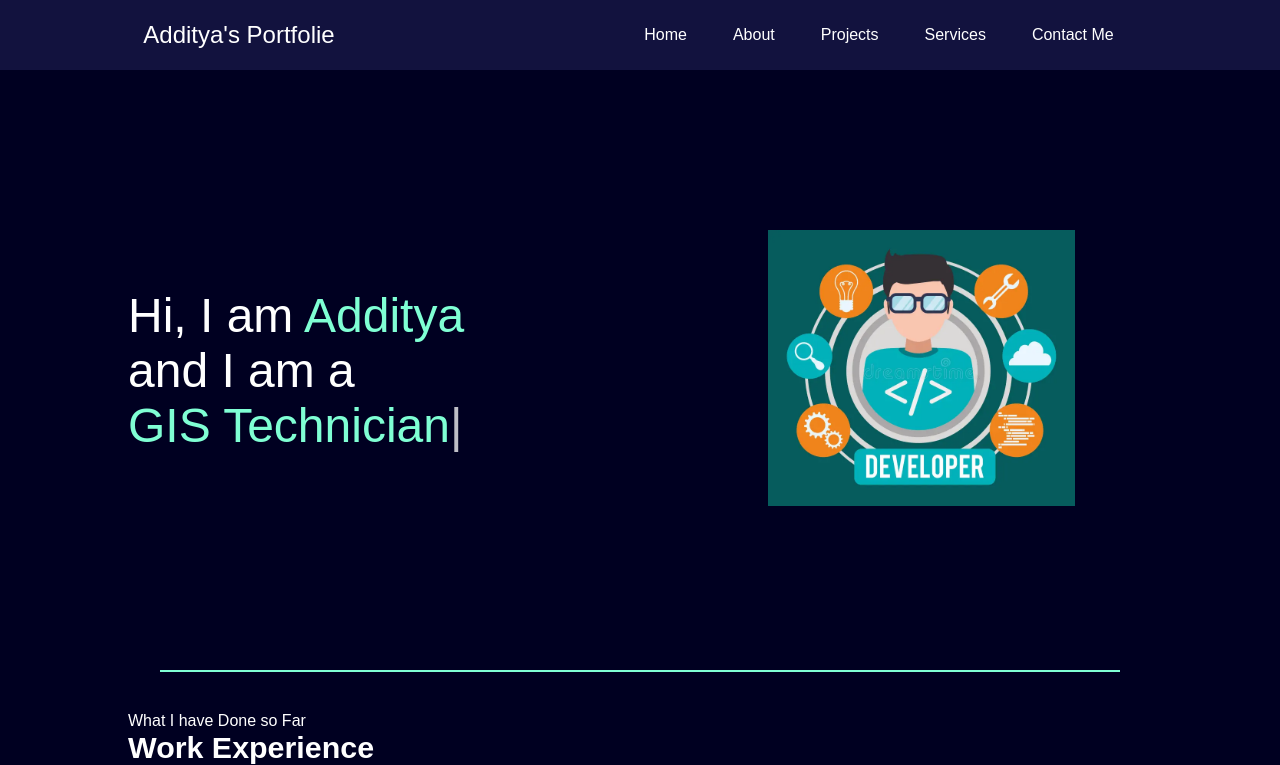
Repository: VictoriousMango/Portfolio
Page: index.html
The author's editor kept a copy of each file at every save. The page is drawn from the files as they stood at one save, then again after the next save.
The browser window is 1280 px wide. The pictures show the whole page.

Above is the page before, as saved 2023-08-27 10:32:43.

### index.html
<!DOCTYPE html>
<html lang="en">

<head>
    <meta charset="UTF-8">
    <meta name="viewport" content="width=device-width, initial-scale=1.0">
    <title>Additya - Developer Portfolio</title>
    <style>
        * {
            margin: 0;
            padding: 0;
        }

        body {
            background-color: rgb(0, 0, 33);
            color: white;
            font-family: 'Poppins', sans-serif;
        }

        nav {
            display: flex;
            justify-content: space-around;
            align-items: center;
            height: 70px;
            background-color: rgb(18, 18, 62);
        }

        nav ul {
            display: flex;
            justify-content: center;
        }

        nav ul li {
            list-style: none;
            margin: 0 23px;
        }

        nav ul li a {
            text-decoration: none;
            color: white;
        }

        nav ul li a:hover {
            color: rgb(153, 153, 226);
            font-size: 1.05rem;
        }
        main hr{
            border: 0;
            background: aquamarine;
            height: 1.2px;
            margin: 40px 160px;
        }
        text-gray{
            color: gray;
        }

        .left {
            font-size: 1.5rem;
        }

        .firstSection {
            display: flex;
            justify-content: space-around;
            align-items: center;
            margin: 110px 0;

        }

        .firstSection>div {
            width: 30%;
        }
        .secondSection{
            max-width: 80vw;
            margin: auto;
        }
        .secondSection h1{
            font-size: 1.9rem;
        }

        .leftSection {
            font-size: 3rem;
        }

        /* .rightSection{
            background-color: red;
        } */
        .rightSection img {
            width: 80%;
            margin: 50px 0;
        }

        .purple {
            color: aquamarine;
        }
        #element{
            color: aquamarine;
        }
    </style>
</head>

<body>
    <header>
        <nav>
            <div class="left">Additya's Portfolie</div>
            <div class="right">
                <ul>
                    <li><a href="/">Home</a></li>
                    <li><a href="/">About</a></li>
                    <li><a href="/">Projects</a></li>
                    <li><a href="/">Services</a></li>
                    <li><a href="/">Contact Me</a></li>
                </ul>
            </div>
        </nav>
    </header>

    <main>
        <section class="firstSection">
            <div class="leftSection">
                Hi, I am <span class="purple">Additya</span>
                <div>and I am a</div>
                <span id="element"></span>
            </div>
            <div class="rightSection"><img src="Web Dev.webp" alt=""></div>
        </section>
        <hr>
        <section class="secondSection">
            <span class="text-gray">What I have Done so Far</span>
            <h1>Work Experience</h1>
    </main>
    <script src="https://unpkg.com/typed.js@2.0.16/dist/typed.umd.js"></script>
    <script>
        var typed = new Typed('#element', {
            strings: ['Web Developer', 'GIS Technician', 'Spatial Data Scientist'],
            typeSpeed: 50,
            loop: true,
            backDelay: 2000
        });
    </script>
</body>

</html>

After the next save:
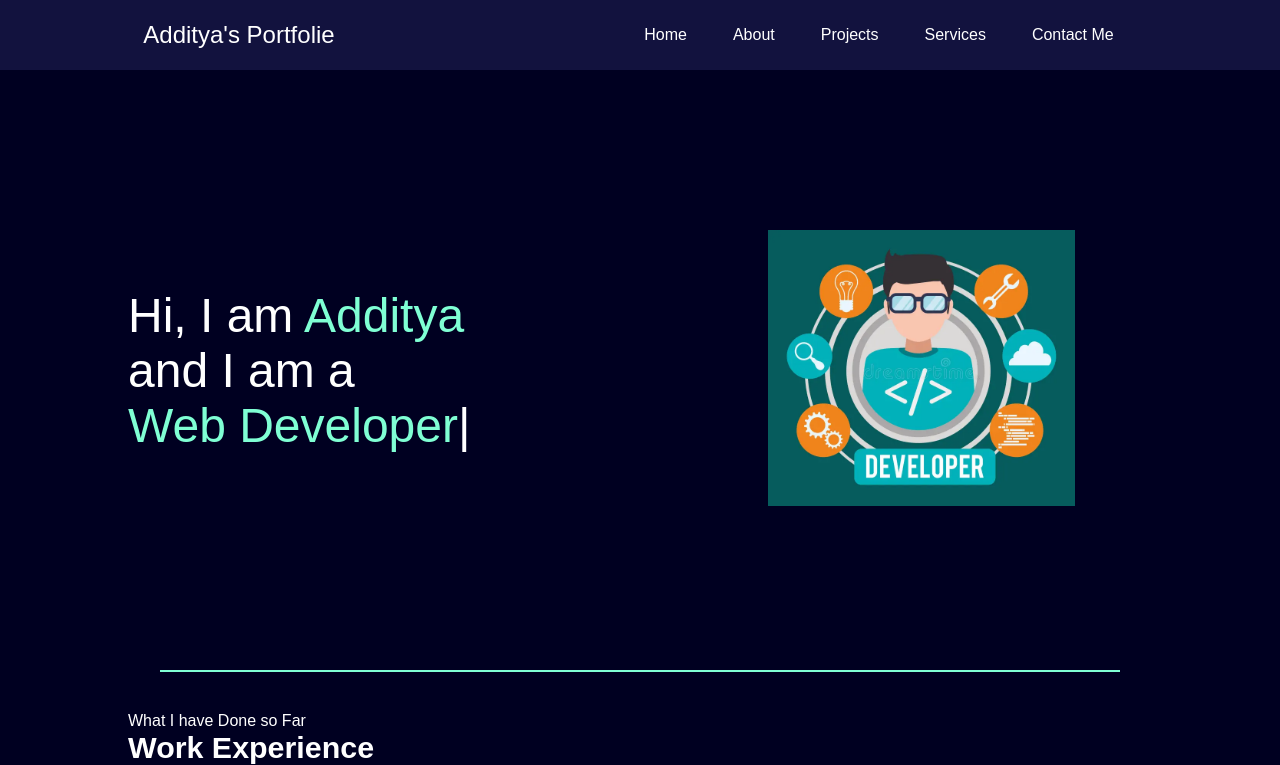
Saved 46 s later.
--- a/index.html
+++ b/index.html
@@ -134,6 +134,7 @@
             strings: ['Web Developer', 'GIS Technician', 'Spatial Data Scientist'],
             typeSpeed: 50,
             loop: true,
+            backSpeed: 1500,
             backDelay: 2000
         });
     </script>
